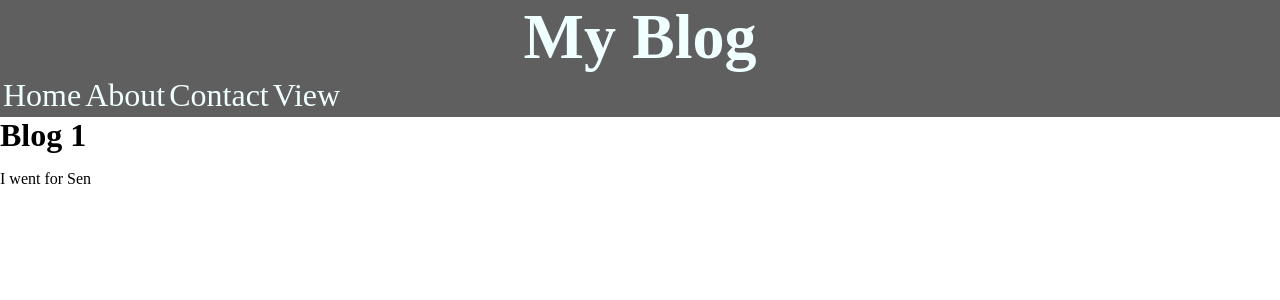
Repository: obusakthi539/Loginform
Page: Myblog.html
The author's editor kept a copy of each file at every save. The page is drawn from the files as they stood at one save, then again after a run of saves.
The browser window is 1280 px wide. The pictures show the whole page.

Above is the page before, as saved 2025-01-12 12:42:48.

### Myblog.html
<!DOCTYPE html>
<html lang="en">
<head>
    <meta charset="UTF-8">
    <meta name="viewport" content="width=device-width, initial-scale=1.0">
    <title>Document</title>

    <style>
        body{
           margin: 0px;
           padding: 0px;
        }
        .a1{
            background-color: rgba(0, 0, 0, 0.626);
            color: azure;
            text-align: center;
            font-size: xx-large;
            align-items: center;
        }
        h1{
            margin: 0px;
        }
        .super{
            position: relative;
        }
    </style>
</head>
<body>
    <div class="a1">
        <h1>My Blog</h1>
        <table>
            <tr>
                <td>Home</td>
                <td>About</td>
                <td>Contact</td>
                <td>View</td>
            </tr>
        </table>
    </div>
    <div class="super">
        <div class="sub"></div>
        <h1>Blog 1</h1>
        <p>I went for Sen</p>
    </div>
</body>
</html>

After the next 2 saves:
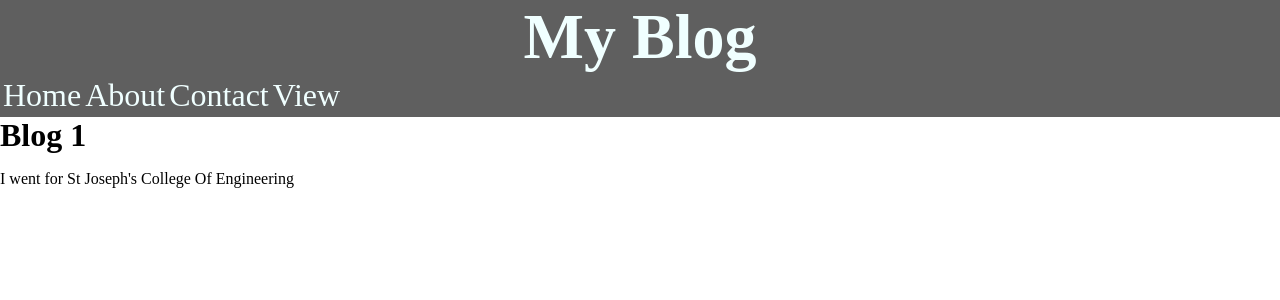
The 2 saves are shown as one change because they came seconds apart.
The last was saved 39 s later.
--- a/Myblog.html
+++ b/Myblog.html
@@ -40,7 +40,7 @@
     <div class="super">
         <div class="sub"></div>
         <h1>Blog 1</h1>
-        <p>I went for Sen</p>
+        <p>I went for St Joseph's College Of Engineering</p>
     </div>
 </body>
 </html>
